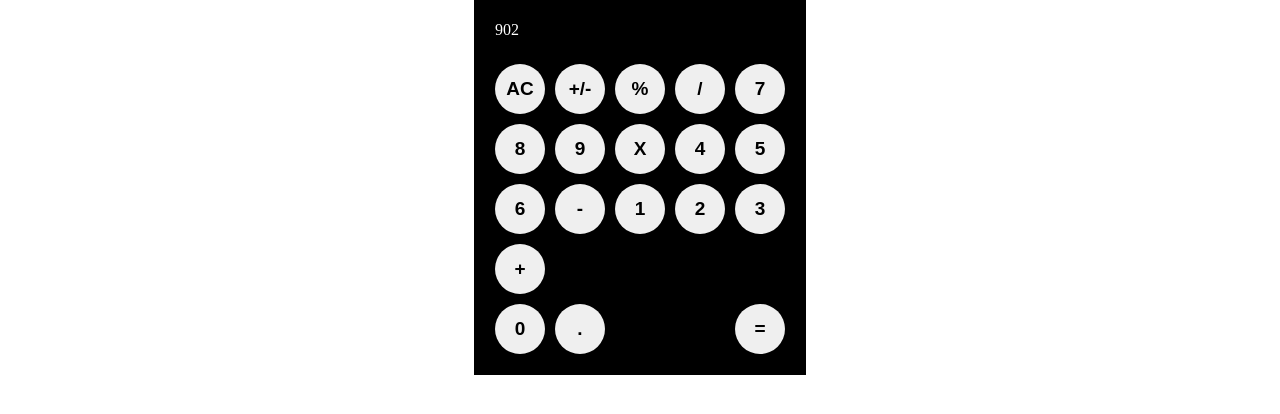
Repository: dmpelaez/calculator
Page: Calculator.html
These files come from the project's save history. The page is drawn as it stood at one moment and after the next save; the edit follows.
The browser window is 1280 px wide. The pictures show the whole page.

Above is the page before, as saved 2025-12-15 20:01:48.

After the next save:
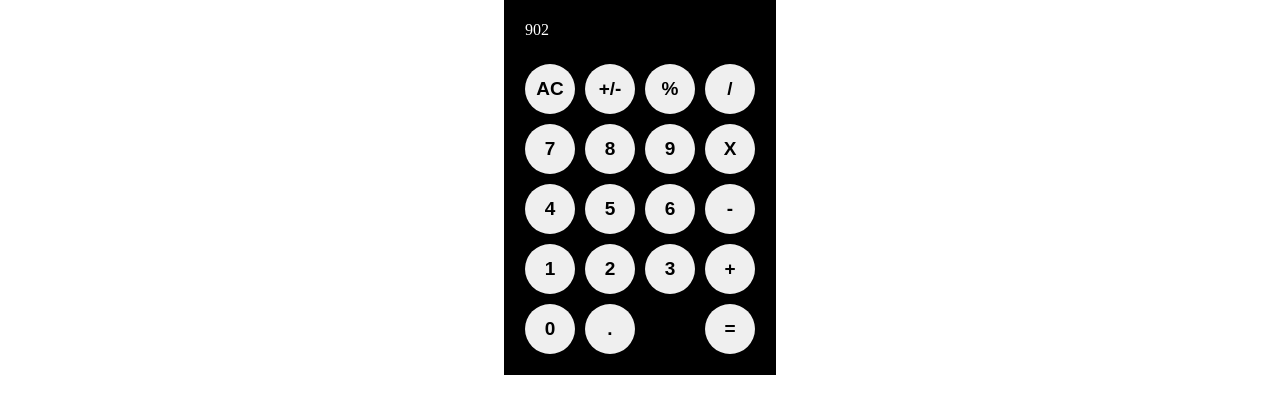
Saved 6 s later.
--- a/Calculator.css
+++ b/Calculator.css
@@ -37,7 +37,7 @@ background: black;
   Font-size: 19px;
 }
 .equal {
-  grid-column: 5
+  grid-column: 4
 }
 .zero {
   grid-column: 1
